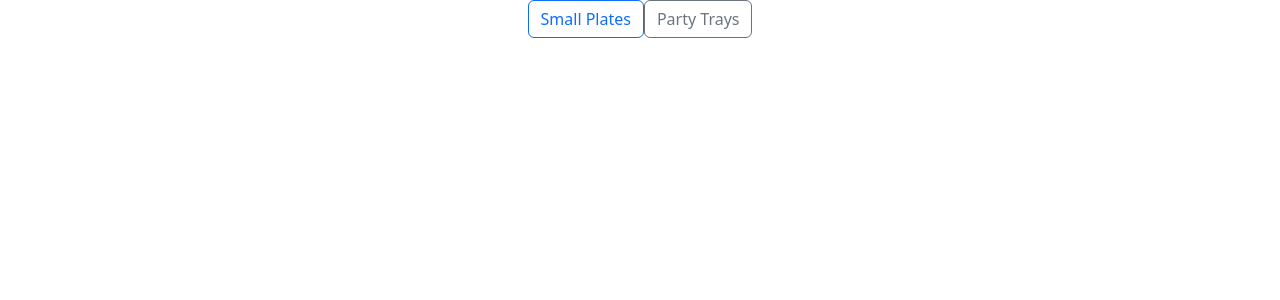
Repository: dukedward/smokehousemenu
Page: index.html
An editor plug-in stored every save of this project. The page is shown before and after the next save, followed by the edit.
The browser window is 1280 px wide. The pictures show the whole page.

Above is the page before, as saved 2023-02-28 19:46:37.

After the next save:
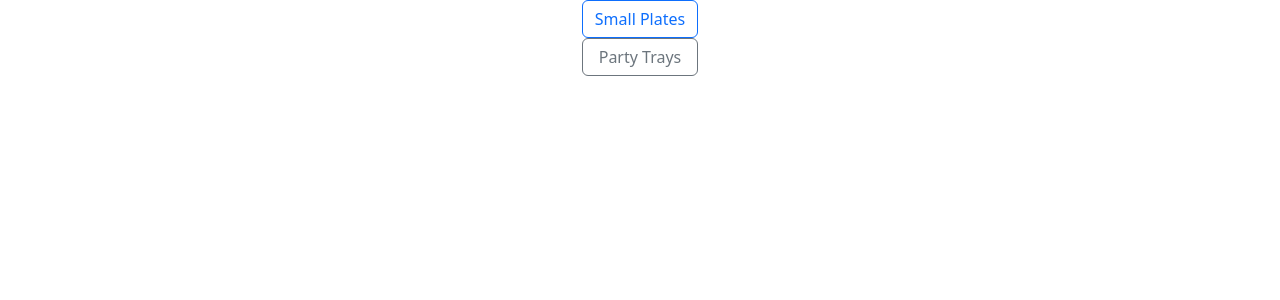
Saved 23 s later.
--- a/index.html
+++ b/index.html
@@ -9,7 +9,7 @@
 </head>
 <body>
     <div class="container h-100 d-flex align-items-center justify-content-center">
-        <div class="buttons d-flex">
+        <div class="buttons d-flex flex-column">
             <button:button class="btn btn-outline-primary">Small Plates</button:button>
             <button:button class="btn btn-outline-secondary">Party Trays</button:button>
         </div>
